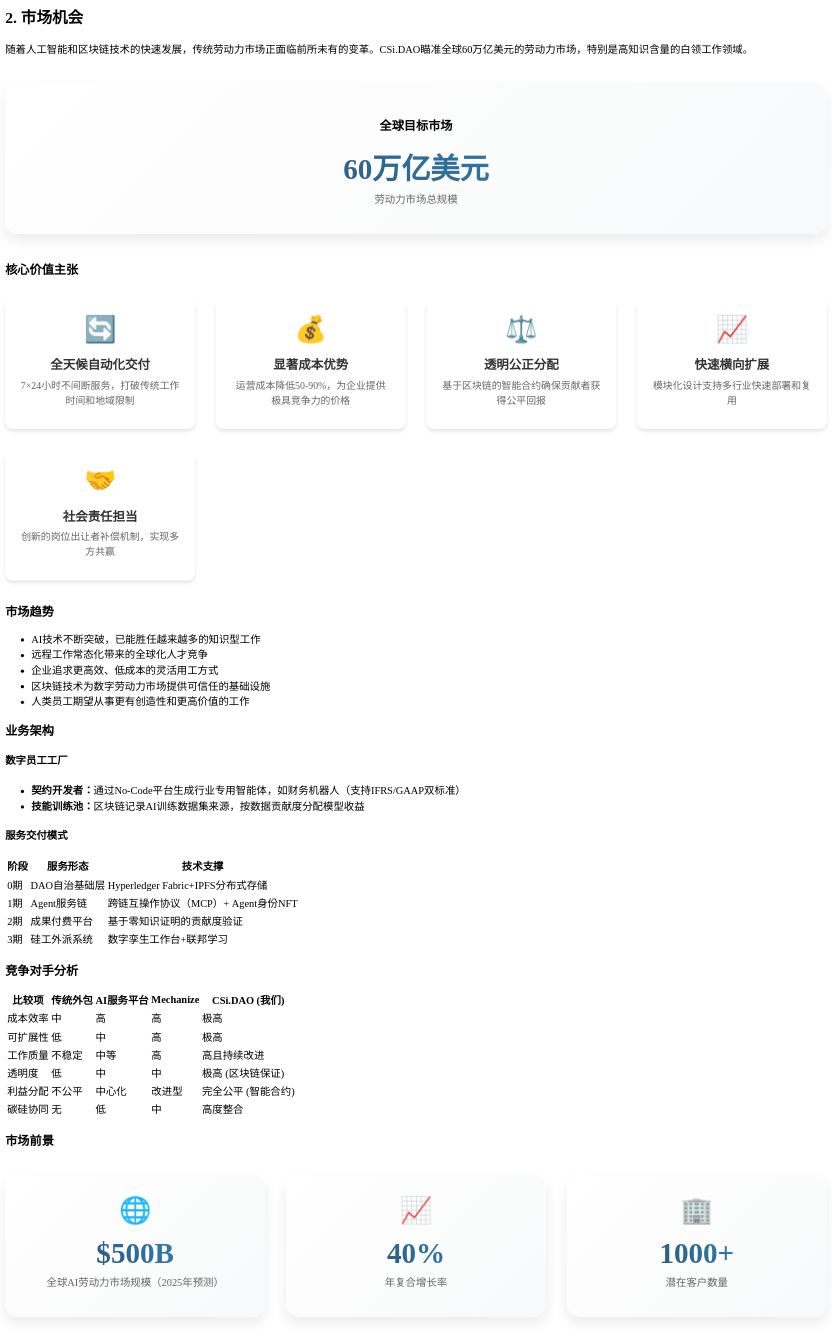
Repository: delez911/ainize
Page: static-site/src/components/market/market.html
An editor plug-in stored every save of this project. The page is shown before and after the next save, followed by the edit.
The browser window is 1280 px wide. The pictures show the whole page, at 65% of full size.

Above is the page before, as saved 2025-04-24 03:46:57.

### static-site/src/components/market/market.html
<section id="market" class="section">
  <div class="section-container">
    <h2 class="section-title">2. 市场机会</h2>
    <div class="content">
      <p>随着人工智能和区块链技术的快速发展，传统劳动力市场正面临前所未有的变革。CSi.DAO瞄准全球60万亿美元的劳动力市场，特别是高知识含量的白领工作领域。</p>

      <div class="market-container">
        <div class="market-circle">
          <h3>全球目标市场</h3>
          <div class="market-value">60万亿美元</div>
          <p>劳动力市场总规模</p>
        </div>
      </div>

      <h3>核心价值主张</h3>
      <div class="value-propositions">
        <div class="value-item">
          <div class="value-icon">🔄</div>
          <h4>全天候自动化交付</h4>
          <p>7×24小时不间断服务，打破传统工作时间和地域限制</p>
        </div>
        <div class="value-item">
          <div class="value-icon">💰</div>
          <h4>显著成本优势</h4>
          <p>运营成本降低50-90%，为企业提供极具竞争力的价格</p>
        </div>
        <div class="value-item">
          <div class="value-icon">⚖️</div>
          <h4>透明公正分配</h4>
          <p>基于区块链的智能合约确保贡献者获得公平回报</p>
        </div>
        <div class="value-item">
          <div class="value-icon">📈</div>
          <h4>快速横向扩展</h4>
          <p>模块化设计支持多行业快速部署和复用</p>
        </div>
        <div class="value-item">
          <div class="value-icon">🤝</div>
          <h4>社会责任担当</h4>
          <p>创新的岗位出让者补偿机制，实现多方共赢</p>
        </div>
      </div>

      <h3>市场趋势</h3>
      <ul>
        <li>AI技术不断突破，已能胜任越来越多的知识型工作</li>
        <li>远程工作常态化带来的全球化人才竞争</li>
        <li>企业追求更高效、低成本的灵活用工方式</li>
        <li>区块链技术为数字劳动力市场提供可信任的基础设施</li>
        <li>人类员工期望从事更有创造性和更高价值的工作</li>
      </ul>

      <h3>业务架构</h3>
      <div class="business-architecture">
        <div class="architecture-section">
          <h4>数字员工工厂</h4>
          <ul>
            <li><strong>契约开发者：</strong>通过No-Code平台生成行业专用智能体，如财务机器人（支持IFRS/GAAP双标准）</li>
            <li><strong>技能训练池：</strong>区块链记录AI训练数据集来源，按数据贡献度分配模型收益</li>
          </ul>
        </div>
        <div class="architecture-section">
          <h4>服务交付模式</h4>
          <table class="delivery-table">
            <tr>
              <th>阶段</th>
              <th>服务形态</th>
              <th>技术支撑</th>
            </tr>
            <tr>
              <td>0期</td>
              <td>DAO自治基础层</td>
              <td>Hyperledger Fabric+IPFS分布式存储</td>
            </tr>
            <tr>
              <td>1期</td>
              <td>Agent服务链</td>
              <td>跨链互操作协议（MCP）+ Agent身份NFT</td>
            </tr>
            <tr>
              <td>2期</td>
              <td>成果付费平台</td>
              <td>基于零知识证明的贡献度验证</td>
            </tr>
            <tr>
              <td>3期</td>
              <td>硅工外派系统</td>
              <td>数字孪生工作台+联邦学习</td>
            </tr>
          </table>
        </div>
      </div>

      <h3>竞争对手分析</h3>
      <table>
        <tr>
          <th>比较项</th>
          <th>传统外包</th>
          <th>AI服务平台</th>
          <th>Mechanize</th>
          <th>CSi.DAO (我们)</th>
        </tr>
        <tr>
          <td>成本效率</td>
          <td>中</td>
          <td>高</td>
          <td>高</td>
          <td>极高</td>
        </tr>
        <tr>
          <td>可扩展性</td>
          <td>低</td>
          <td>中</td>
          <td>高</td>
          <td>极高</td>
        </tr>
        <tr>
          <td>工作质量</td>
          <td>不稳定</td>
          <td>中等</td>
          <td>高</td>
          <td>高且持续改进</td>
        </tr>
        <tr>
          <td>透明度</td>
          <td>低</td>
          <td>中</td>
          <td>中</td>
          <td>极高 (区块链保证)</td>
        </tr>
        <tr>
          <td>利益分配</td>
          <td>不公平</td>
          <td>中心化</td>
          <td>改进型</td>
          <td>完全公平 (智能合约)</td>
        </tr>
        <tr>
          <td>碳硅协同</td>
          <td>无</td>
          <td>低</td>
          <td>中</td>
          <td>高度整合</td>
        </tr>
      </table>

      <h3>市场前景</h3>
      <div class="market-container">
        <div class="market-circle">
          <div class="market-icon">🌐</div>
          <div class="market-value">$500B</div>
          <p>全球AI劳动力市场规模（2025年预测）</p>
        </div>
        <div class="market-circle">
          <div class="market-icon">📈</div>
          <div class="market-value">40%</div>
          <p>年复合增长率</p>
        </div>
        <div class="market-circle">
          <div class="market-icon">🏢</div>
          <div class="market-value">1000+</div>
          <p>潜在客户数量</p>
        </div>
      </div>
    </div>
  </div>
</section>

<style>
.value-propositions {
  display: grid;
  grid-template-columns: repeat(auto-fit, minmax(250px, 1fr));
  gap: 2rem;
  margin: 2rem 0;
}

.value-item {
  background: white;
  border-radius: 12px;
  padding: 1.5rem;
  box-shadow: 0 4px 6px rgba(0, 0, 0, 0.1);
  transition: transform 0.3s ease, box-shadow 0.3s ease;
  text-align: center;
}

.value-item:hover {
  transform: translateY(-5px);
  box-shadow: 0 8px 12px rgba(0, 0, 0, 0.15);
}

.value-icon {
  font-size: 2.5rem;
  margin-bottom: 1rem;
}

.value-item h4 {
  color: #333;
  margin: 0.5rem 0;
  font-size: 1.2rem;
  font-weight: 600;
}

.value-item p {
  color: #666;
  margin: 0.5rem 0;
  font-size: 0.95rem;
  line-height: 1.5;
}

.market-container {
  display: flex;
  justify-content: space-around;
  flex-wrap: wrap;
  gap: 2rem;
  margin: 2.5rem 0;
}

.market-circle {
  background: linear-gradient(135deg, #ffffff, #f8f9fa);
  border-radius: 20px;
  padding: 2rem;
  text-align: center;
  min-width: 250px;
  flex: 1;
  box-shadow: 0 10px 20px rgba(0, 0, 0, 0.08);
  transition: transform 0.3s ease, box-shadow 0.3s ease;
  position: relative;
  overflow: hidden;
}

.market-circle:hover {
  transform: translateY(-10px);
  box-shadow: 0 15px 30px rgba(0, 0, 0, 0.12);
}

.market-icon {
  font-size: 2.5rem;
  margin-bottom: 1rem;
  opacity: 0.9;
}

.market-value {
  font-size: 2.8rem;
  font-weight: 700;
  color: #2c3e50;
  margin: 0.5rem 0;
  background: linear-gradient(45deg, #2c3e50, #3498db);
  -webkit-background-clip: text;
  -webkit-text-fill-color: transparent;
}

.market-circle p {
  color: #666;
  font-size: 1rem;
  line-height: 1.5;
  margin: 0.5rem 0;
  padding: 0 1rem;
}

/* 响应式设计 */
@media (max-width: 768px) {
  .market-container {
    flex-direction: column;
    align-items: center;
  }

  .market-circle {
    width: 100%;
    max-width: 300px;
  }
}

/* 添加装饰性背景元素 */
.market-circle::before {
  content: '';
  position: absolute;
  top: -50%;
  left: -50%;
  width: 200%;
  height: 200%;
  background: radial-gradient(circle, rgba(255,255,255,0.8) 0%, rgba(255,255,255,0) 70%);
  opacity: 0;
  transition: opacity 0.3s ease;
  pointer-events: none;
}

.market-circle:hover::before {
  opacity: 1;
}
</style>

After the next save:
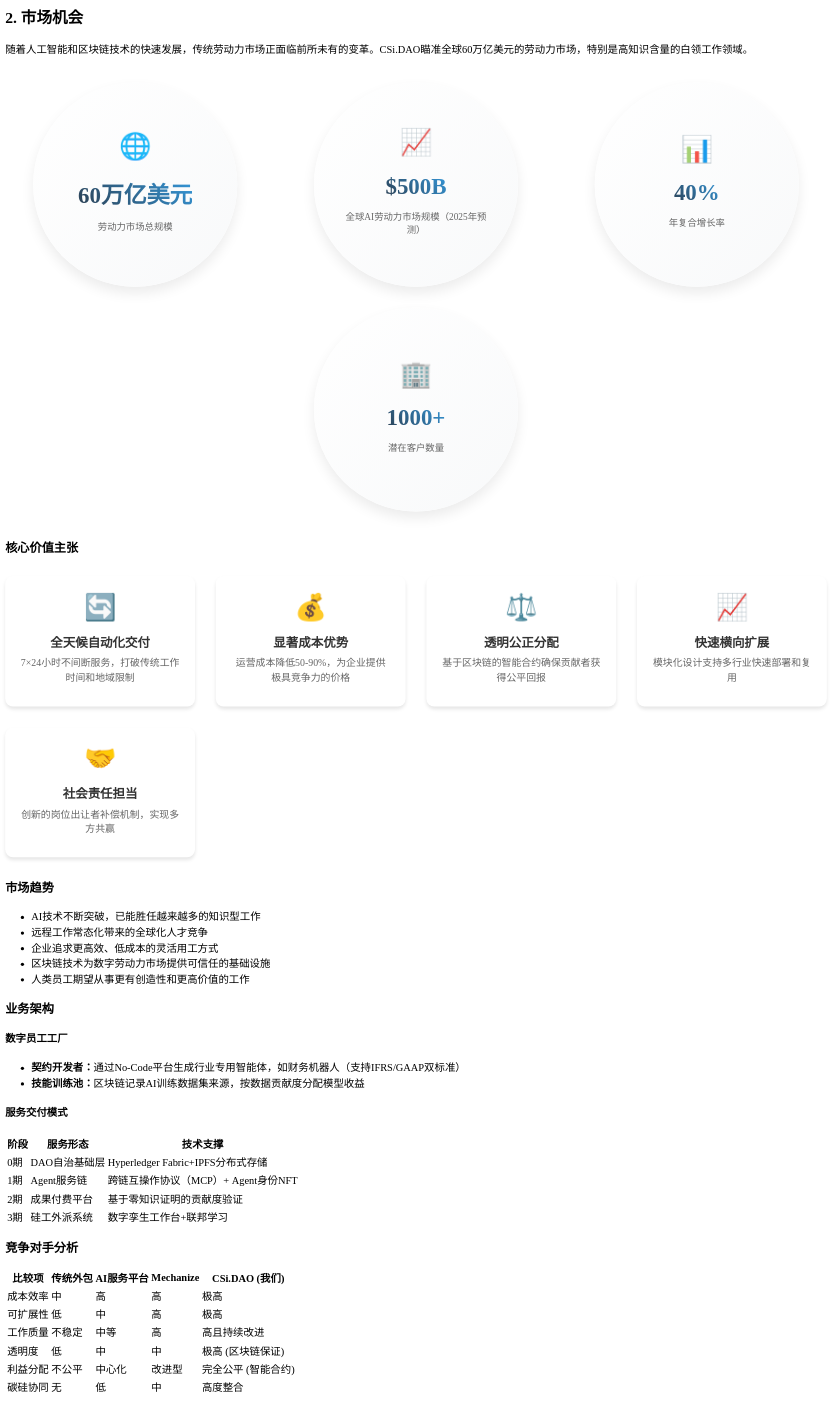
Saved 4 min 21 s later.
--- a/static-site/src/components/market/market.html
+++ b/static-site/src/components/market/market.html
@@ -6,9 +6,24 @@
 
       <div class="market-container">
         <div class="market-circle">
-          <h3>全球目标市场</h3>
+          <div class="market-icon">🌐</div>
           <div class="market-value">60万亿美元</div>
           <p>劳动力市场总规模</p>
+        </div>
+        <div class="market-circle">
+          <div class="market-icon">📈</div>
+          <div class="market-value">$500B</div>
+          <p>全球AI劳动力市场规模（2025年预测）</p>
+        </div>
+        <div class="market-circle">
+          <div class="market-icon">📊</div>
+          <div class="market-value">40%</div>
+          <p>年复合增长率</p>
+        </div>
+        <div class="market-circle">
+          <div class="market-icon">🏢</div>
+          <div class="market-value">1000+</div>
+          <p>潜在客户数量</p>
         </div>
       </div>
 
@@ -143,25 +158,6 @@
           <td>高度整合</td>
         </tr>
       </table>
-
-      <h3>市场前景</h3>
-      <div class="market-container">
-        <div class="market-circle">
-          <div class="market-icon">🌐</div>
-          <div class="market-value">$500B</div>
-          <p>全球AI劳动力市场规模（2025年预测）</p>
-        </div>
-        <div class="market-circle">
-          <div class="market-icon">📈</div>
-          <div class="market-value">40%</div>
-          <p>年复合增长率</p>
-        </div>
-        <div class="market-circle">
-          <div class="market-icon">🏢</div>
-          <div class="market-value">1000+</div>
-          <p>潜在客户数量</p>
-        </div>
-      </div>
     </div>
   </div>
 </section>
@@ -217,11 +213,15 @@
 
 .market-circle {
   background: linear-gradient(135deg, #ffffff, #f8f9fa);
-  border-radius: 20px;
+  border-radius: 50%;
+  width: 250px;
+  height: 250px;
   padding: 2rem;
   text-align: center;
-  min-width: 250px;
-  flex: 1;
+  display: flex;
+  flex-direction: column;
+  justify-content: center;
+  align-items: center;
   box-shadow: 0 10px 20px rgba(0, 0, 0, 0.08);
   transition: transform 0.3s ease, box-shadow 0.3s ease;
   position: relative;
@@ -229,7 +229,7 @@
 }
 
 .market-circle:hover {
-  transform: translateY(-10px);
+  transform: translateY(-10px) scale(1.05);
   box-shadow: 0 15px 30px rgba(0, 0, 0, 0.12);
 }
 
@@ -240,7 +240,7 @@
 }
 
 .market-value {
-  font-size: 2.8rem;
+  font-size: 2.2rem;
   font-weight: 700;
   color: #2c3e50;
   margin: 0.5rem 0;
@@ -251,8 +251,8 @@
 
 .market-circle p {
   color: #666;
-  font-size: 1rem;
-  line-height: 1.5;
+  font-size: 0.9rem;
+  line-height: 1.4;
   margin: 0.5rem 0;
   padding: 0 1rem;
 }
@@ -265,8 +265,8 @@
   }
 
   .market-circle {
-    width: 100%;
-    max-width: 300px;
+    width: 200px;
+    height: 200px;
   }
 }
 
